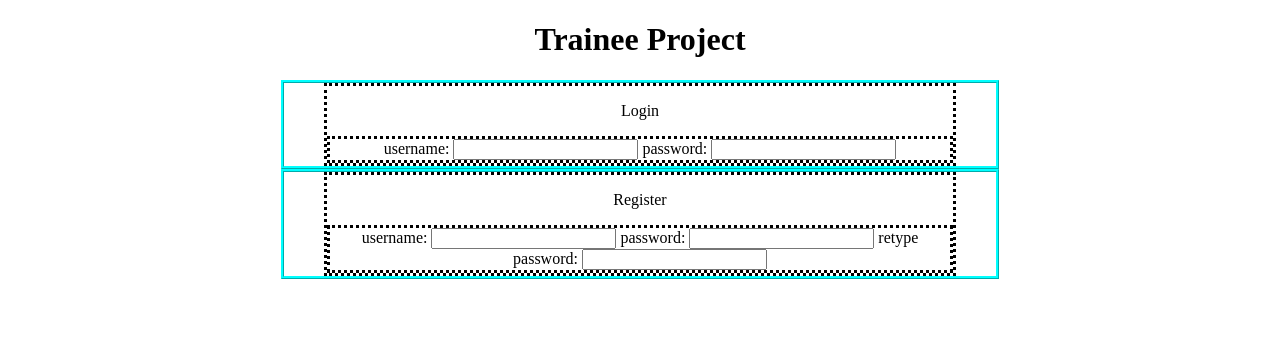
Repository: LsCodeMaster/Training
Page: Trainee/WebContent/trainee.html
An editor plug-in stored every save of this project. The page is shown before and after a run of saves, followed by the edit.
The browser window is 1280 px wide. The pictures show the whole page.

Above is the page before, as saved 2015-09-15 10:31:56.

### Trainee/WebContent/trainee.html
<!DOCTYPE html>
<html>
<head>
<meta charset="ISO-8859-1">
<title>Trainee Project</title>
<link type = "text/css" href="css/style.css" rel="stylesheet">
</head>
<body>
	<h1>Trainee Project</h1>
	<div class="centeredBox">
		<div>
			<p>Login</p>
			<div class="center">
				<form>
					username: <input type="text">
					password: <input type="password">
				</form>
			</div>
		</div>
	</div>
	<div class="centeredBox">
		<div>
			<p>Register</p>
			<div class="center">
				<form>
					username: <input type="text">
					password: <input type="password">
					retype password: <input type="password">
				</form>
			</div>
		</div>
	</div>
</body>
</html>

### Trainee/WebContent/css/style.css
.centeredBox{
	margin-top: 20px;
    margin: auto;
	border-style: ridge;
	border-color: aqua;
	width: 50%;
	padding: 40 px;
	padding-left: 40px;
	padding-right: 40px;
}
.centeredBox div{
	border-style: dotted;
	text-align: center;
}
.loginType{
	width: 25%;
}
.loginInfo{
	width:75%;
}
h1{
    text-align: center;
}
.border{
	border-style: dotted;
}

After the next 2 saves:
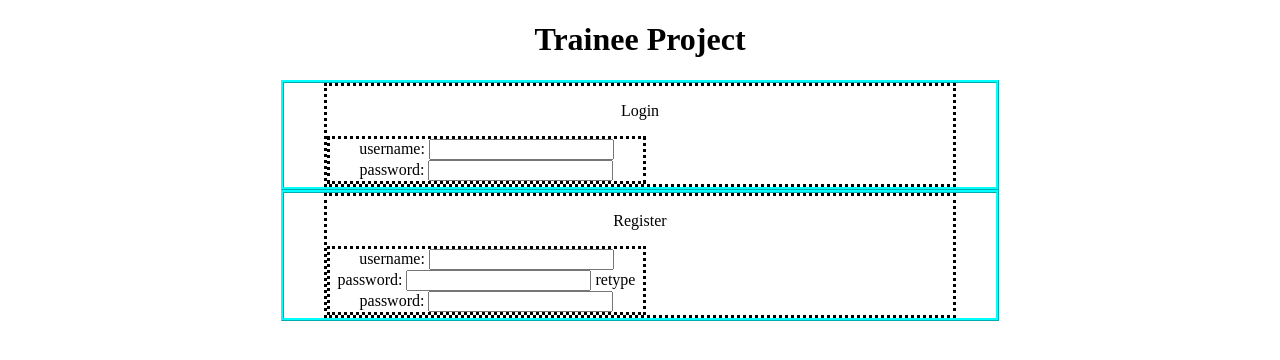
The 2 saves are shown as one change because they came seconds apart.
The last was saved 45 s later.
--- a/Trainee/WebContent/css/style.css
+++ b/Trainee/WebContent/css/style.css
@@ -12,11 +12,8 @@
 	border-style: dotted;
 	text-align: center;
 }
-.loginType{
-	width: 25%;
-}
-.loginInfo{
-	width:75%;
+.center{
+	width: 50%;
 }
 h1{
     text-align: center;
